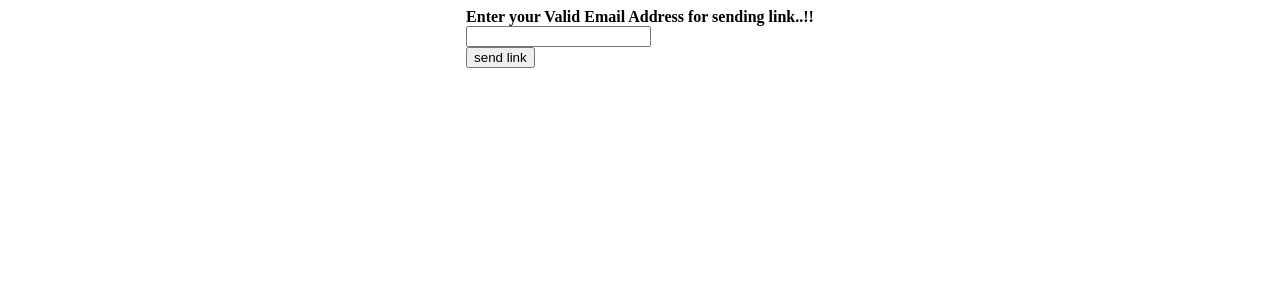
Repository: Yogesh12P/BridgeLabzJava
Page: http://localhost/LoginFormUsingSpringMvc/forgatePassword.jsp
These files come from the project's save history. The page is drawn as it stood at one moment and after the next save; the edit follows.
The browser window is 1280 px wide. The pictures show the whole page.
The page is served by Tomcat 9. Other server files are loaded and not shown.

Above is the page before, as saved 2017-11-15 10:38:30.

### LoginFormUsingSpringMvc/src/main/webapp/forgatePassword.jsp
<%@ page language="java" contentType="text/html; charset=UTF-8"
    pageEncoding="UTF-8"%>
<!DOCTYPE html PUBLIC "-//W3C//DTD HTML 4.01 Transitional//EN" "http://www.w3.org/TR/html4/loose.dtd">
<html>
<head>
<meta http-equiv="Content-Type" content="text/html; charset=UTF-8">
<title>Insert title here</title>
</head>
<body>
		<form action="forgotePassword">
			<table align="center" cellpadding="0" cellspacing="0" border="0">
				<tr>
					<th>Enter your Valid Email Address for sending link..!!</th>
				</tr>
				<tr></tr>
				<tr></tr>
				<tr>
					<td> <input type="email" name="email" id="email"></td>
				</tr>
				<tr>
					<td> <input type="submit" value="send link"></td>
				</tr>
			</table>
		</form>
</body>
</html>

After the next save:
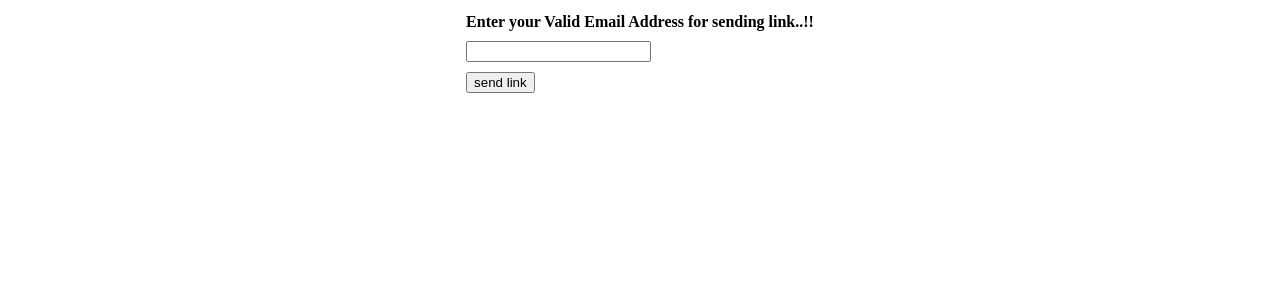
Saved 11 s later.
--- a/LoginFormUsingSpringMvc/src/main/webapp/forgatePassword.jsp
+++ b/LoginFormUsingSpringMvc/src/main/webapp/forgatePassword.jsp
@@ -8,7 +8,7 @@
 </head>
 <body>
 		<form action="forgotePassword">
-			<table align="center" cellpadding="0" cellspacing="0" border="0">
+			<table align="center" cellpadding="5" cellspacing="0" border="0">
 				<tr>
 					<th>Enter your Valid Email Address for sending link..!!</th>
 				</tr>
